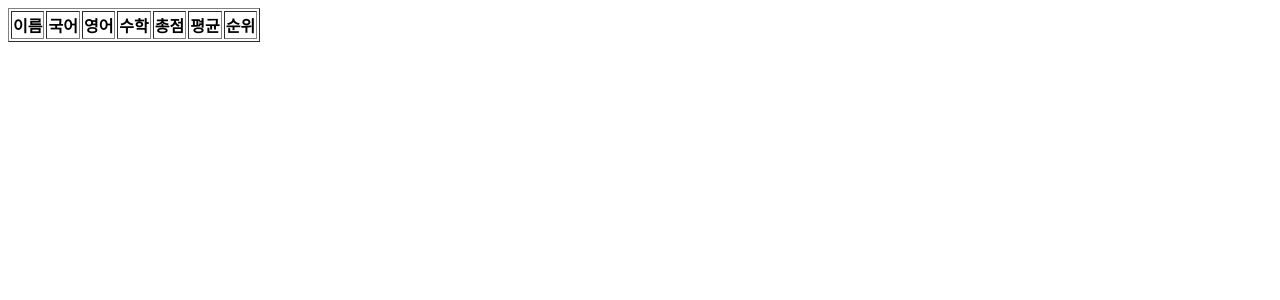
Repository: Heo-sh/Web_Development
Page: http://localhost/Ex_0417_sungjuk/student.jsp
These files come from the project's save history. The page is drawn as it stood at one moment and after the next save; the edit follows.
The browser window is 1280 px wide. The pictures show the whole page.
The page is served by Tomcat 9. Queries for data that is not in the repository find no rows.

Above is the page before, as saved 2023-04-17 07:19:42.

After the next save:
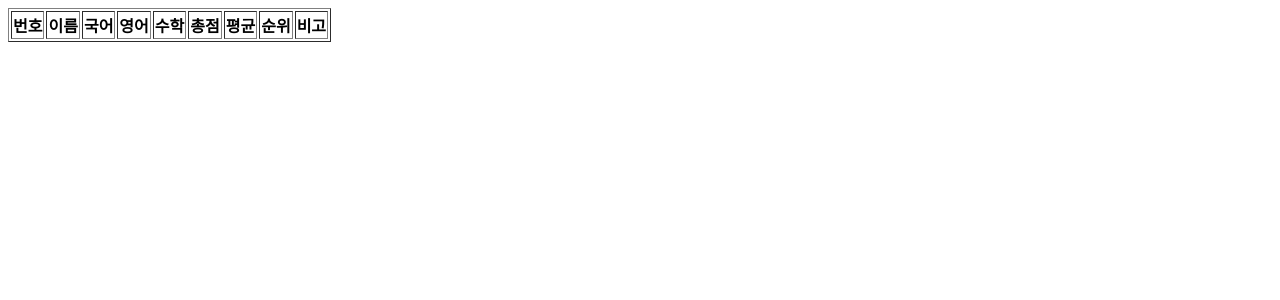
Saved 35 s later.
--- a/Ex_0417_sungjuk/WebContent/student.jsp
+++ b/Ex_0417_sungjuk/WebContent/student.jsp
@@ -18,6 +18,7 @@
 <body>
 	<table border="1">
 		<tr>
+			<th>번호</th>
 			<th>이름</th>
 			<th>국어</th>
 			<th>영어</th>
@@ -25,6 +26,7 @@
 			<th>총점</th>
 			<th>평균</th>
 			<th>순위</th>
+			<th>비고</th>
 		</tr>
 		<%
 			for (int i = 0; i < list.size(); i++) {
